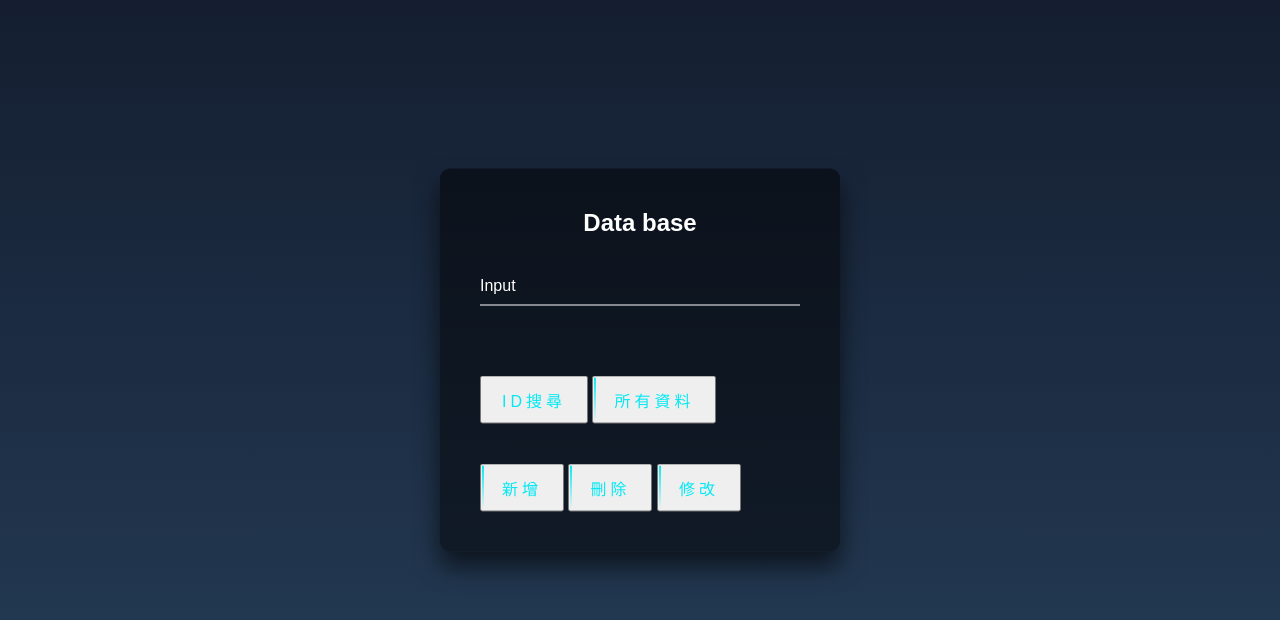
Repository: Ray917x/JaveEEforProject
Page: JSP/src/main/webapp/project/MainPageCSS.html
An editor plug-in stored every save of this project. The page is shown before and after the next save, followed by the edit.
The browser window is 1280 px wide. The pictures show the whole page.

Above is the page before, as saved 2022-09-14 08:32:30.

### JSP/src/main/webapp/project/MainPageCSS.html
<!DOCTYPE html>
<html lang="en">

<head>
<meta charset="UTF-8">
<meta http-equiv="X-UA-Compatible" content="IE=edge">
<meta name="viewport" content="width=device-width, initial-scale=1.0">
<title>Document</title>
<style>
html {
	height: 100%;
}

body {
	margin: 0;
	padding: 0;
	font-family: sans-serif;
	background: linear-gradient(#141e30, #243b55);
}

.login-box {
	position: absolute;
	top: 50%;
	left: 50%;
	width: 400px;
	padding: 40px;
	transform: translate(-50%, -50%);
	background: rgba(0, 0, 0, .5);
	box-sizing: border-box;
	box-shadow: 0 15px 25px rgba(0, 0, 0, .6);
	border-radius: 10px;
}

.login-box h2 {
	margin: 0 0 30px;
	padding: 0;
	color: #fff;
	text-align: center;
}

.login-box .user-box {
	position: relative;
}

.login-box .user-box input {
	width: 100%;
	padding: 10px 0;
	font-size: 16px;
	color: #fff;
	margin-bottom: 30px;
	border: none;
	border-bottom: 1px solid #fff;
	outline: none;
	background: transparent;
}

.login-box .user-box label {
	position: absolute;
	top: 0;
	left: 0;
	padding: 10px 0;
	font-size: 16px;
	color: #fff;
	pointer-events: none;
	transition: .5s;
}

.login-box .user-box input:focus ~label, .login-box .user-box input:valid
	~label {
	top: -20px;
	left: 0;
	color: #03e9f4;
	font-size: 12px;
}


.login-box form .button {
	position: relative;
	display: inline-block;
	padding: 10px 20px;
	color: #03e9f4;
	font-size: 16px;
	text-decoration: none;
	text-transform: uppercase;
	overflow: hidden;
	transition: .5s;
	margin-top: 40px;
	letter-spacing: 4px
}

.login-box .button:hover {
	background: #03e9f4;
	color: #fff;
	border-radius: 5px;
	box-shadow: 0 0 5px #03e9f4, 0 0 25px #03e9f4, 0 0 50px #03e9f4, 0 0
		100px #03e9f4;
}

.login-box .button span {
	position: absolute;
	display: block;
}

.login-box .button span:nth-child(1) {
	top: 0;
	left: -100%;
	width: 100%;
	height: 2px;
	background: linear-gradient(90deg, transparent, #03e9f4);
	animation: btn-anim1 1s linear infinite;
	z-index:2;
}

 @keyframes btn-anim1 {
            0% {
                left: -100%;
            }

            50%,
            100% {
                left: 100%;
            }
        }

.login-box .button span:nth-child(2) {
	top: -100%;
	right: 0;
	width: 2px;
	height: 100%;
	background: linear-gradient(180deg, transparent, #03e9f4);
	animation: btn-anim2 1s linear infinite;
	animation-delay: .25s
	z-index:2;
}

 @keyframes btn-anim2 {
            0% {
                top: -100%;
            }

            50%,
            100% {
                top: 100%;
            }
        }

.login-box .button span:nth-child(3) {
	bottom: 0;
	right: -100%;
	width: 100%;
	height: 2px;
	background: linear-gradient(270deg, transparent, #03e9f4);
	animation: btn-anim3 1s linear infinite;
	animation-delay: .5s
}

 @keyframes btn-anim3 {
            0% {
                right: -100%;
            }

            50%,
            100% {
                right: 100%;
            }
        }

.login-box .button span:nth-child(4) {
	bottom: -100%;
	left: 0;
	width: 2px;
	height: 100%;
	background: linear-gradient(360deg, transparent, #03e9f4);
	animation: btn-anim4 1s linear infinite;
	animation-delay: .75s
}

 @keyframes btn-anim4 {
            0% {
                bottom: -100%;
            }

            50%,
            100% {
                bottom: 100%;
            }
        }

</style>
</head>

<body>
	<div class="login-box">
		<h2>Data base</h2>
		<form method="post" action="/JSP/AnimalGetJSTL">
			<div class="user-box">
				<input type="text" name="animal_id" required> <label>Input</label>
			</div>

			<input type="submit" class="button" value="ID搜尋">
			<span></span>
			<span></span>
			<span></span>
			<span></span>

			<button class="button" formaction="/JSP/AnimalGetAllJSTL">
			<span></span>
			<span></span>
			<span></span>
			<span></span> 所有資料</button>

			<button class="button" formaction="AnimalCreate.html">
			<span></span>
			<span></span>
			<span></span>
			<span></span> 新增</button>

			<button class="button" formaction="/JSP/AnimalDelete">
			<span></span>
			<span></span>
			<span></span>
			<span></span> 刪除</button>

			<button class="button" formaction="/JSP/AnimalGetUpdateJSTL">
			<span></span>
			<span></span>
			<span></span>
			<span></span> 修改</button>
		</form>
	</div>
</body>

</html>

After the next save:
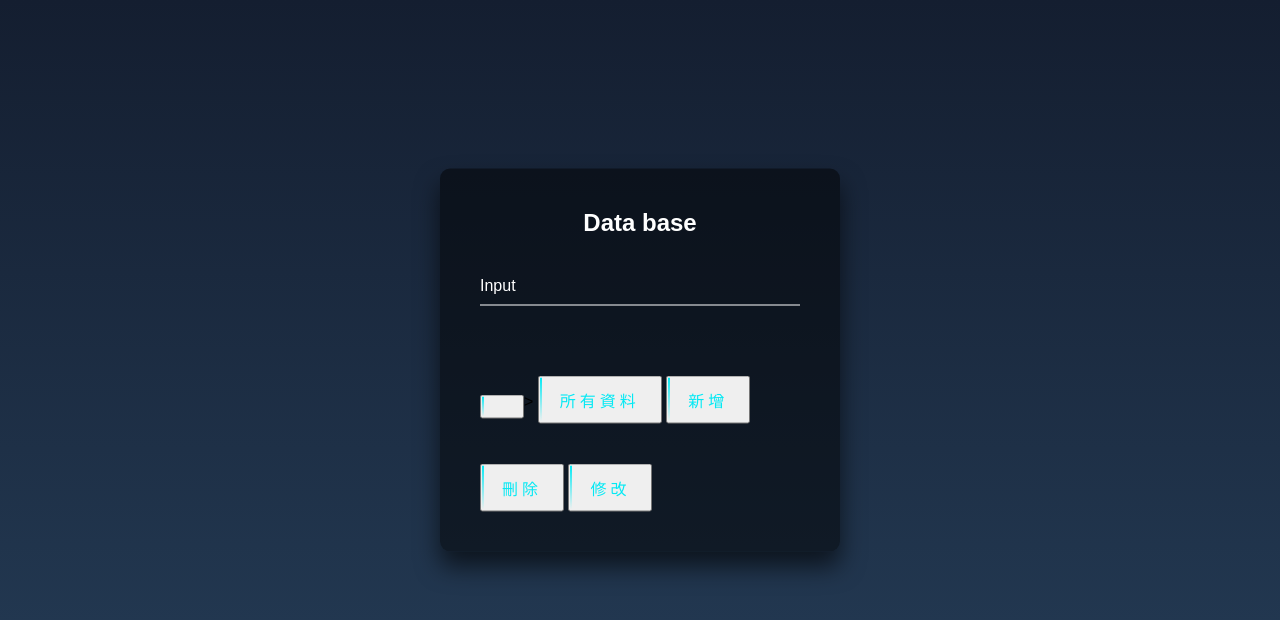
Saved 80 s later.
--- a/JSP/src/main/webapp/project/MainPageCSS.html
+++ b/JSP/src/main/webapp/project/MainPageCSS.html
@@ -197,11 +197,11 @@
 				<input type="text" name="animal_id" required> <label>Input</label>
 			</div>
 
-			<input type="submit" class="button" value="ID搜尋">
-			<span></span>
-			<span></span>
-			<span></span>
-			<span></span>
+			<button type="submit" class="button" value="ID搜尋">
+			<span></span>
+			<span></span>
+			<span></span>
+			<span></span>  </button>>
 
 			<button class="button" formaction="/JSP/AnimalGetAllJSTL">
 			<span></span>

After the save that followed:
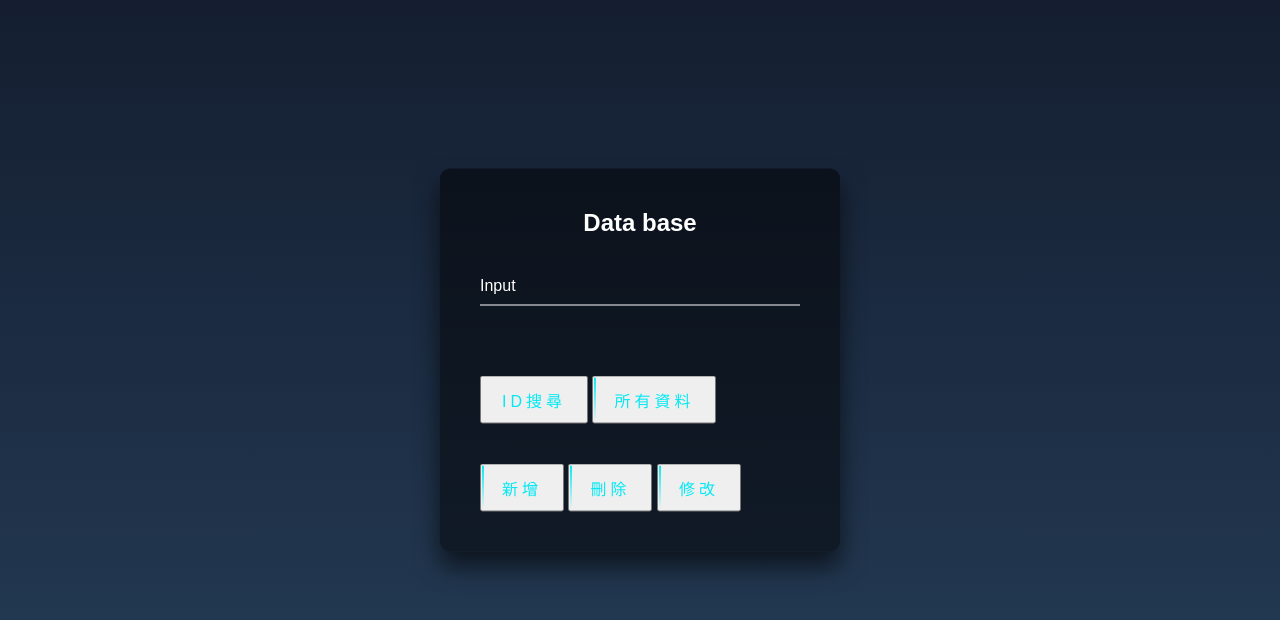
Saved 40 s later.
--- a/JSP/src/main/webapp/project/MainPageCSS.html
+++ b/JSP/src/main/webapp/project/MainPageCSS.html
@@ -197,11 +197,11 @@
 				<input type="text" name="animal_id" required> <label>Input</label>
 			</div>
 
-			<button type="submit" class="button" value="ID搜尋">
-			<span></span>
-			<span></span>
-			<span></span>
-			<span></span>  </button>>
+			<input type="submit" class="button" value="ID搜尋">
+			<span></span>
+			<span></span>
+			<span></span>
+			<span></span>
 
 			<button class="button" formaction="/JSP/AnimalGetAllJSTL">
 			<span></span>
